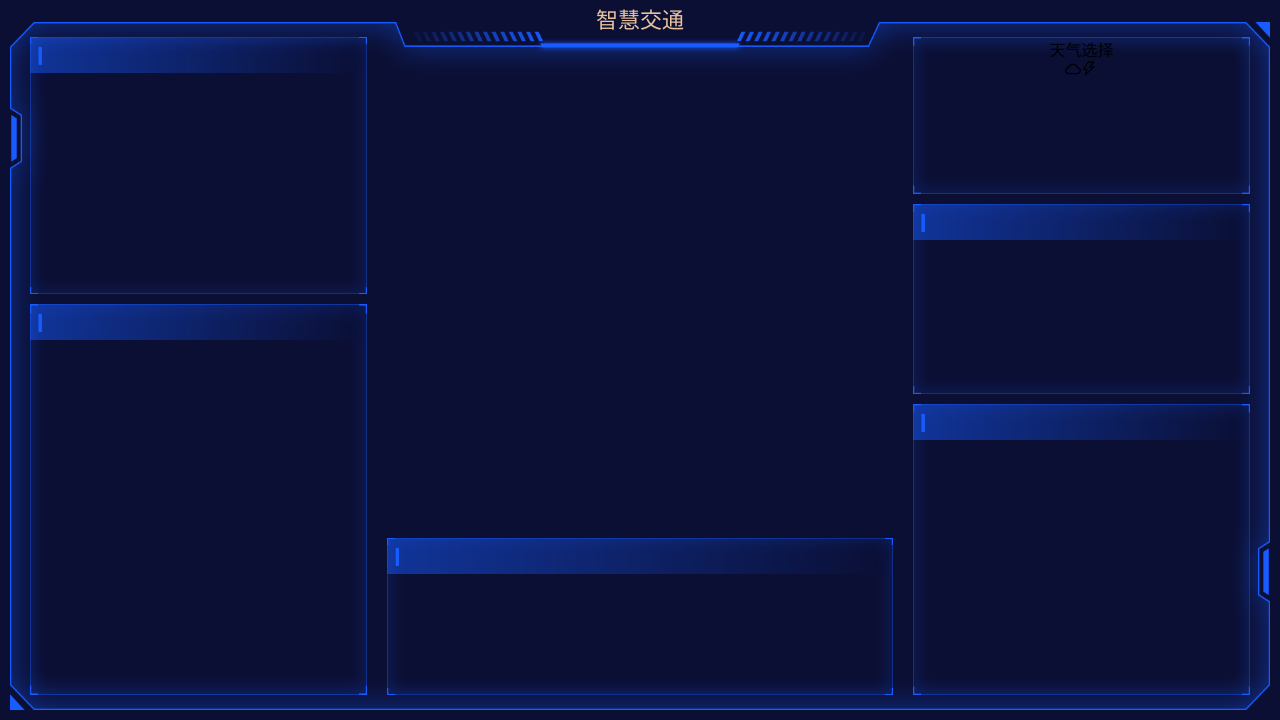
Repository: lizzie7d/smart-traffic
Page: /
These files come from the project's save history. The page is drawn as it stood at one moment and after the next save; the edit follows.
The browser window is 1280 px wide. The pictures show the whole page.
The project was rebuilt for these pictures with package versions that can differ from the ones it lists, and the page was loaded fresh each time.

Above is the page before, as saved 2023-04-12 09:36:50.

After the next save:
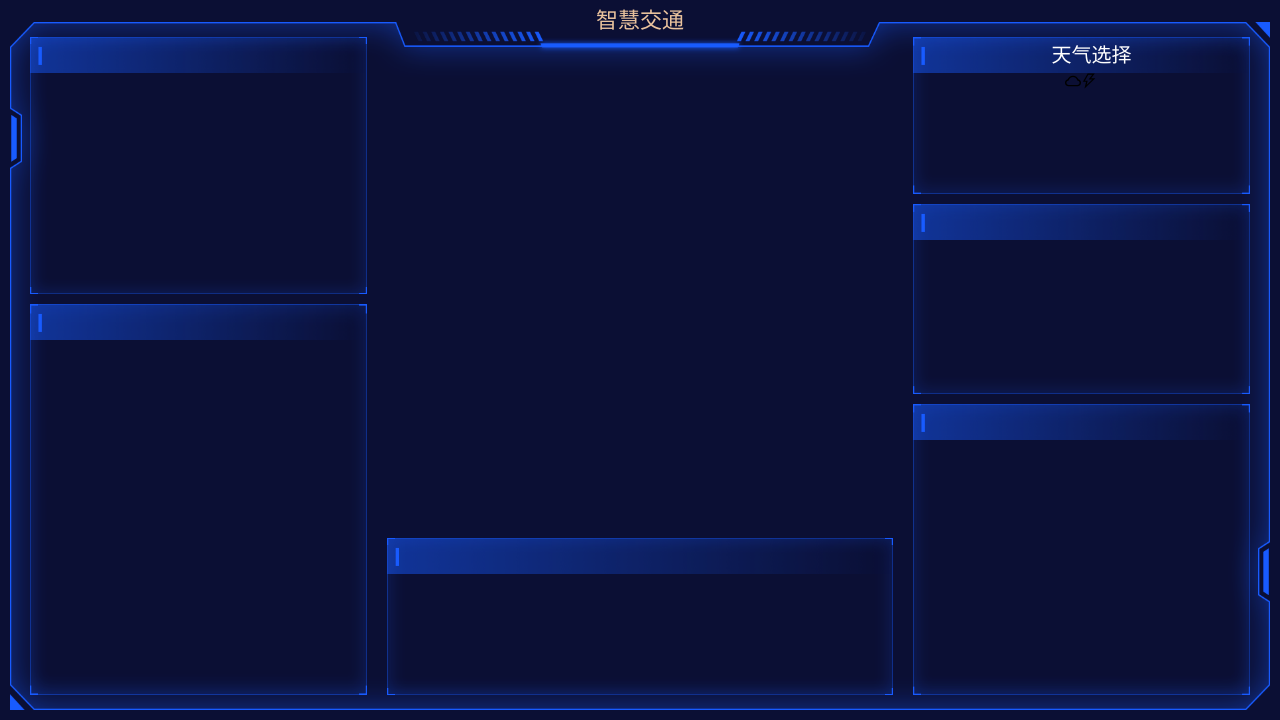
Saved 10 s later.
--- a/src/component/DetailSection/detail.jsx
+++ b/src/component/DetailSection/detail.jsx
@@ -3,7 +3,7 @@ import { CloudOutlined, ThunderboltOutlined } from "@ant-design/icons";
 const DetailSection = () => {
     return (
         <div className="detail-section">
-            <div className='detail-title'>天气选择</div>
+            <div className='title'>天气选择</div>
             <div className="weather-icon">
                 <CloudOutlined />
                 <ThunderboltOutlined />
